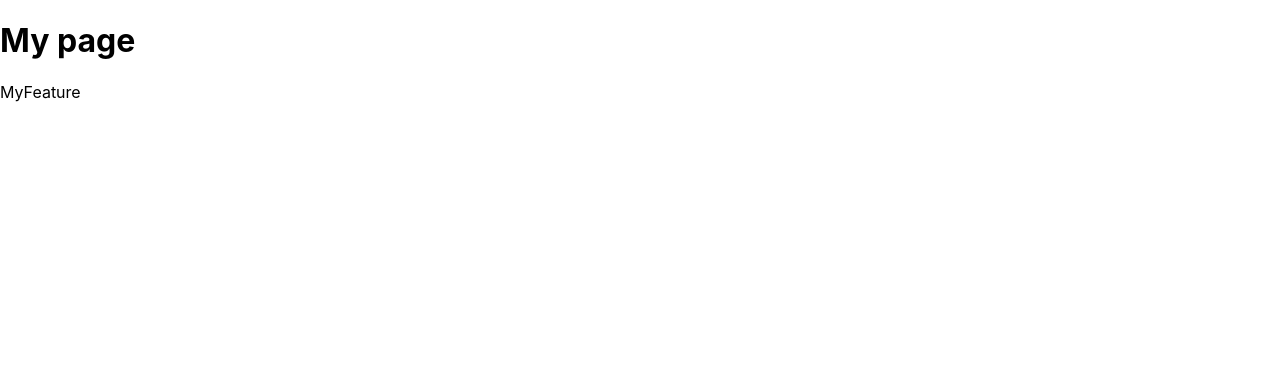
Repository: HoangDuy315/web-dev2022
Page: / (app in lab4/)
The author's editor kept a copy of each file at every save. The page is drawn from the files as they stood at one save, then again after a run of saves.
The browser window is 1280 px wide. The pictures show the whole page.
The project was rebuilt for these pictures with package versions that can differ from the ones it lists, and the page was loaded fresh each time. Also part of the build but not shown: lab4/src/App.css.

Above is the page before, as saved 2022-11-03 14:22:52.

After the next 3 saves:
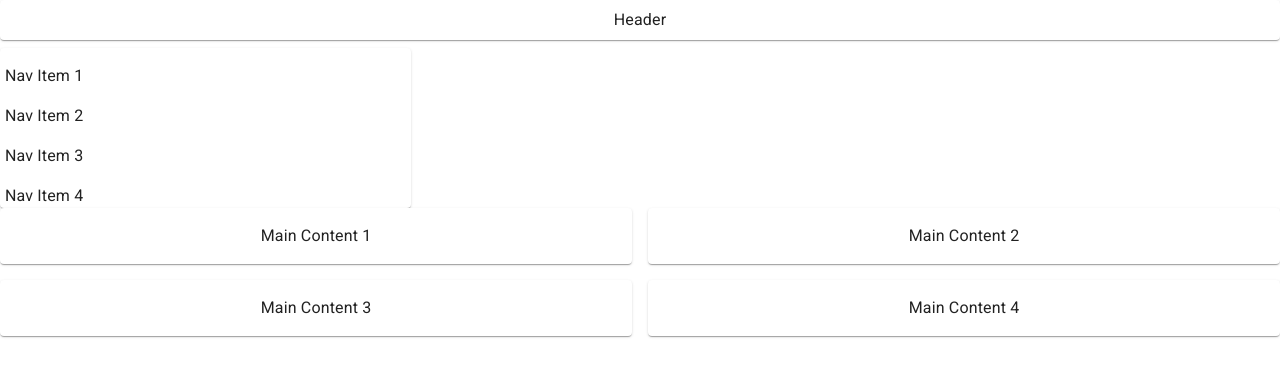
The 3 saves are shown as one change because 2 did not build or start.
The last was saved 33 min 20 s later.
--- a/lab4/src/App.js
+++ b/lab4/src/App.js
@@ -1,15 +1,75 @@
 import "./App.css";
-// import { Route, Redirect, Switch } from "react-router-dom";
-// import MyComponent from "./components/MyComponent";
-import * as React from "react";
-import MyPage from "./components/MyPage";
-import { FadeLoader } from "react-spinners";
+import "typeface-roboto";
+import Paper from "@mui/material/Paper";
+import Grid from "@mui/material/Grid";
+import Typography from "@mui/material/Typography";
+
+const headerFooterStyle = {
+  padding: 8,
+  textAlign: "center",
+};
+
+const mainStyle = {
+  padding: 16,
+  textAlign: "center",
+};
+
+const navStyle = { marginLeft: 5 };
 
 function App() {
   return (
-    <React.Suspense fallback={<FadeLoader color={"lightblue"} size={150} />}>
-      <MyPage />
-    </React.Suspense>
+    <div style={{ flexGrow: 1 }}>
+      <Grid container spacing={3}>
+        <Grid item xs={12}>
+          <Paper style={headerFooterStyle}>
+            <Typography>Header</Typography>
+          </Paper>
+        </Grid>
+        <Grid item xs={4}>
+          <Paper>
+            <Grid container spacing={2} direction="column">
+              <Grid item xs={12}>
+                <Typography style={navStyle}>Nav Item 1</Typography>
+              </Grid>
+              <Grid item xs={12}>
+                <Typography style={navStyle}>Nav Item 2</Typography>
+              </Grid>
+              <Grid item xs={12}>
+                <Typography style={navStyle}>Nav Item 3</Typography>
+              </Grid>
+              <Grid item xs={12}>
+                <Typography style={navStyle}>Nav Item 4</Typography>
+              </Grid>
+            </Grid>
+          </Paper>
+        </Grid>
+      </Grid>
+
+      <Grid item xs={8}>
+        <Grid container spacing={2}>
+          <Grid item xs={6}>
+            <Paper style={mainStyle}>
+              <Typography>Main Content 1</Typography>
+            </Paper>
+          </Grid>
+          <Grid item xs={6}>
+            <Paper style={mainStyle}>
+              <Typography>Main Content 2</Typography>
+            </Paper>
+          </Grid>
+          <Grid item xs={6}>
+            <Paper style={mainStyle}>
+              <Typography>Main Content 3</Typography>
+            </Paper>
+          </Grid>
+          <Grid item xs={6}>
+            <Paper style={mainStyle}>
+              <Typography>Main Content 4</Typography>
+            </Paper>
+          </Grid>
+        </Grid>
+      </Grid>
+    </div>
   );
 }
 
